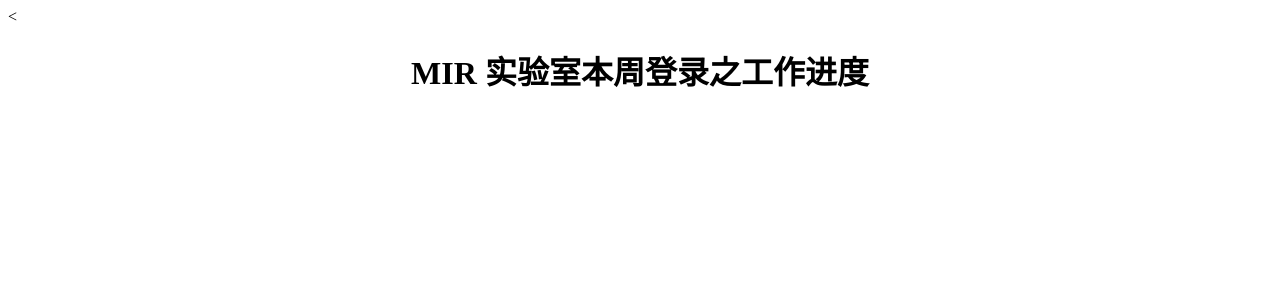
Repository: Cucujn/TRY
Page: http://localhost/WeeklyReport/listEachWeek.jsp?weekDiff=0
These files come from the project's save history. The page is drawn as it stood at one moment and after the next save; the edit follows.
The browser window is 1280 px wide. The pictures show the whole page.
The page is served by Tomcat 9.

Above is the page before, as saved 2017-12-04 16:30:55.

After the next save:
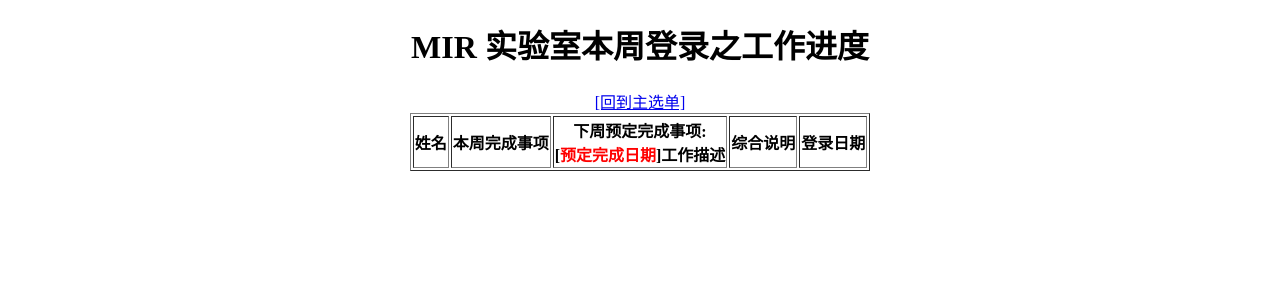
Saved 2 min 12 s later.
--- a/WeeklyReport/WebContent/listEachWeek.jsp
+++ b/WeeklyReport/WebContent/listEachWeek.jsp
@@ -4,8 +4,6 @@
 <html>
 <head>
 <meta http-equiv="Content-Type" content="text/html; charset=UTF-8">
-<body>
-<
 <%
 String day = request.getParameter("weekDiff");
 %>
@@ -17,9 +15,19 @@ String day = request.getParameter("weekDiff");
 <%}else{ %>
 <title>MIR 实验室前<%=day%>周登录之工作进度</title>
 <center>
-<h1>MIR 实验室周前<%=day%>周登录之工作进度</h1>
+<h1>MIR 实验室周前<%=day%> 周登录之工作进度</h1>
 </center>
 <%} %>
 </head>
+<body>
+<center><a href="http://localhost:8080/MIR/default.jsp">[回到主选单]</a></center>
+<table border="1" align="center">
+<tr>
+<th>姓名</th>
+<th>本周完成事项</th>
+<th>下周预定完成事项:<br>[<font color="red">预定完成日期</font>]工作描述</th>
+<th>综合说明</th>
+<th>登录日期</th>
+</table>
 </body>
 </html>
